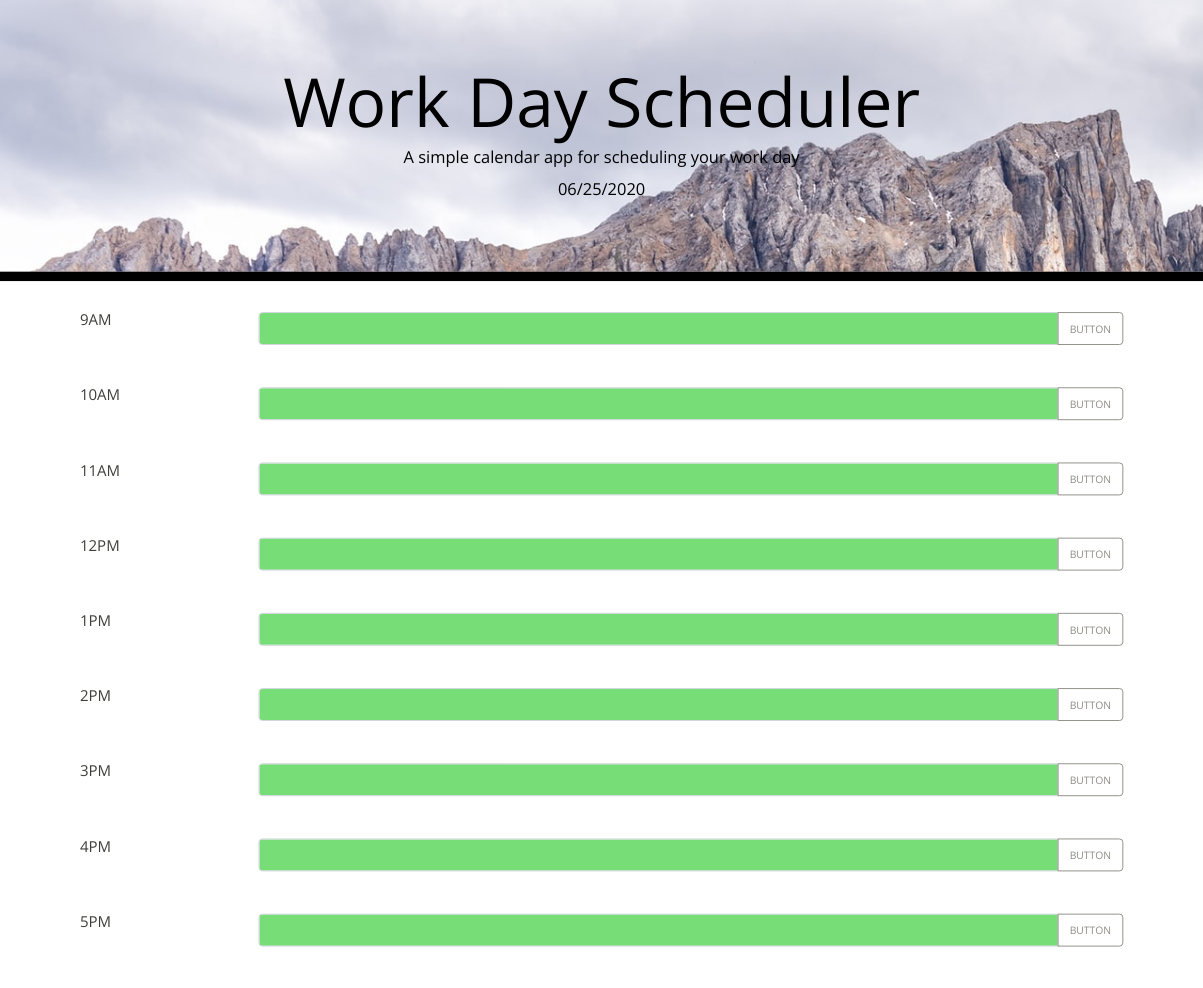
Repository: himaja830/Day-Planner
Page: Develop/index.html
The author's editor kept a copy of each file at every save. The page is drawn from the files as they stood at one save, then again after the next save.
The browser window is 1280 px wide. The pictures show the whole page, at 94% of full size.
Some web libraries are served in a nearby version.

Above is the page before, as saved 2020-06-25 16:44:07.

After the next save:
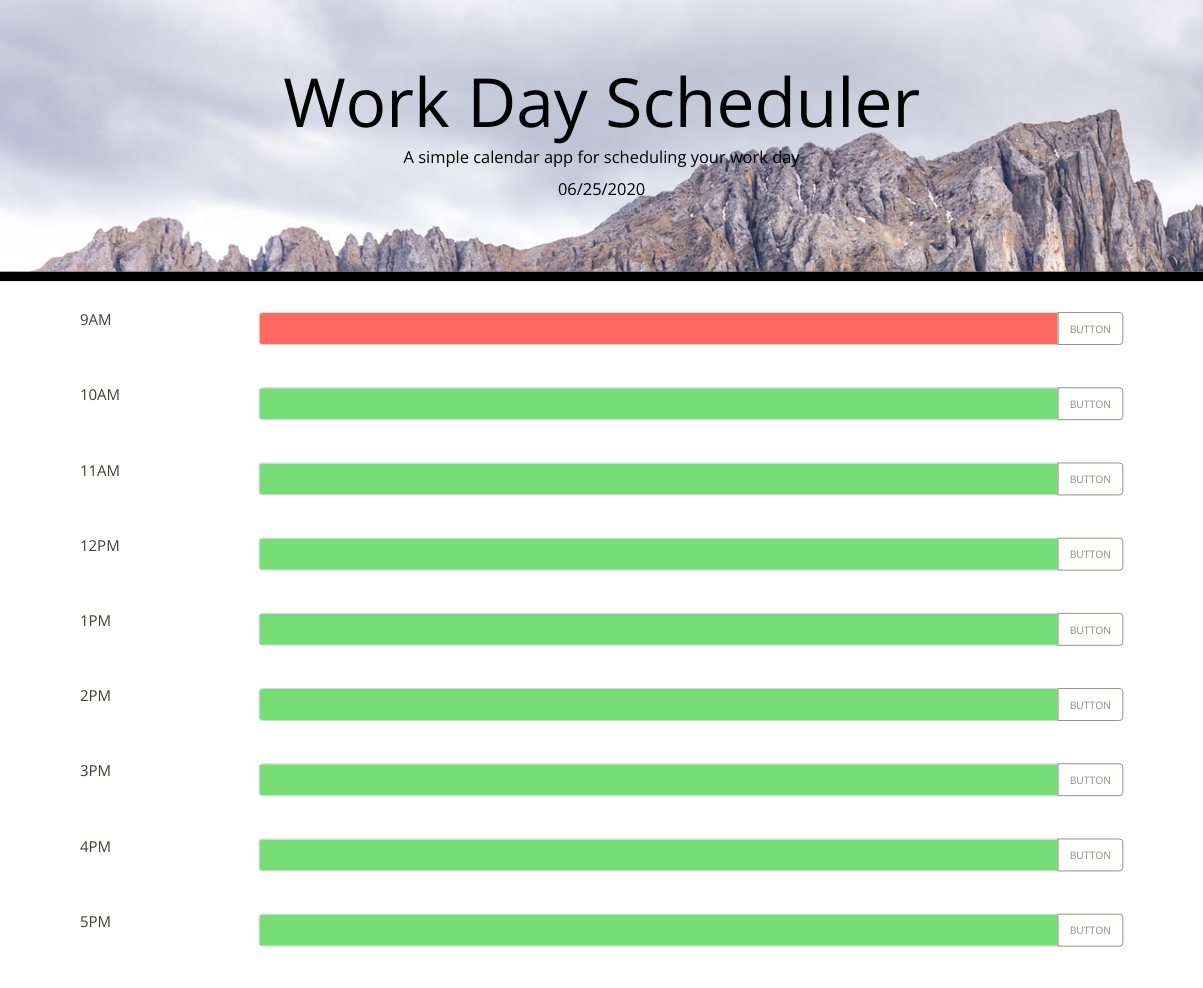
Saved 2 min 26 s later.
--- a/Develop/script.js
+++ b/Develop/script.js
@@ -9,11 +9,12 @@
 //get input fields to alter their color relative to time.bg-gray.
 var hour = moment().format("HH");
  $(".event").each(function(){
-
-     if (hour == this.id) {
+    var eventHour = Number.parseInt(this.id);
+    var currentHour = Number.parseInt(hour);
+     if (eventHour === currentHour) {
          $(this).addClass('present');
          console.log(hour, this.id, 'present');
-     } else if (this.id < hour) {
+     } else if (eventHour < currentHour) {
         $(this).addClass('past');
         console.log(hour, this.id, 'past');
      } else {

After the 3 saves that followed:
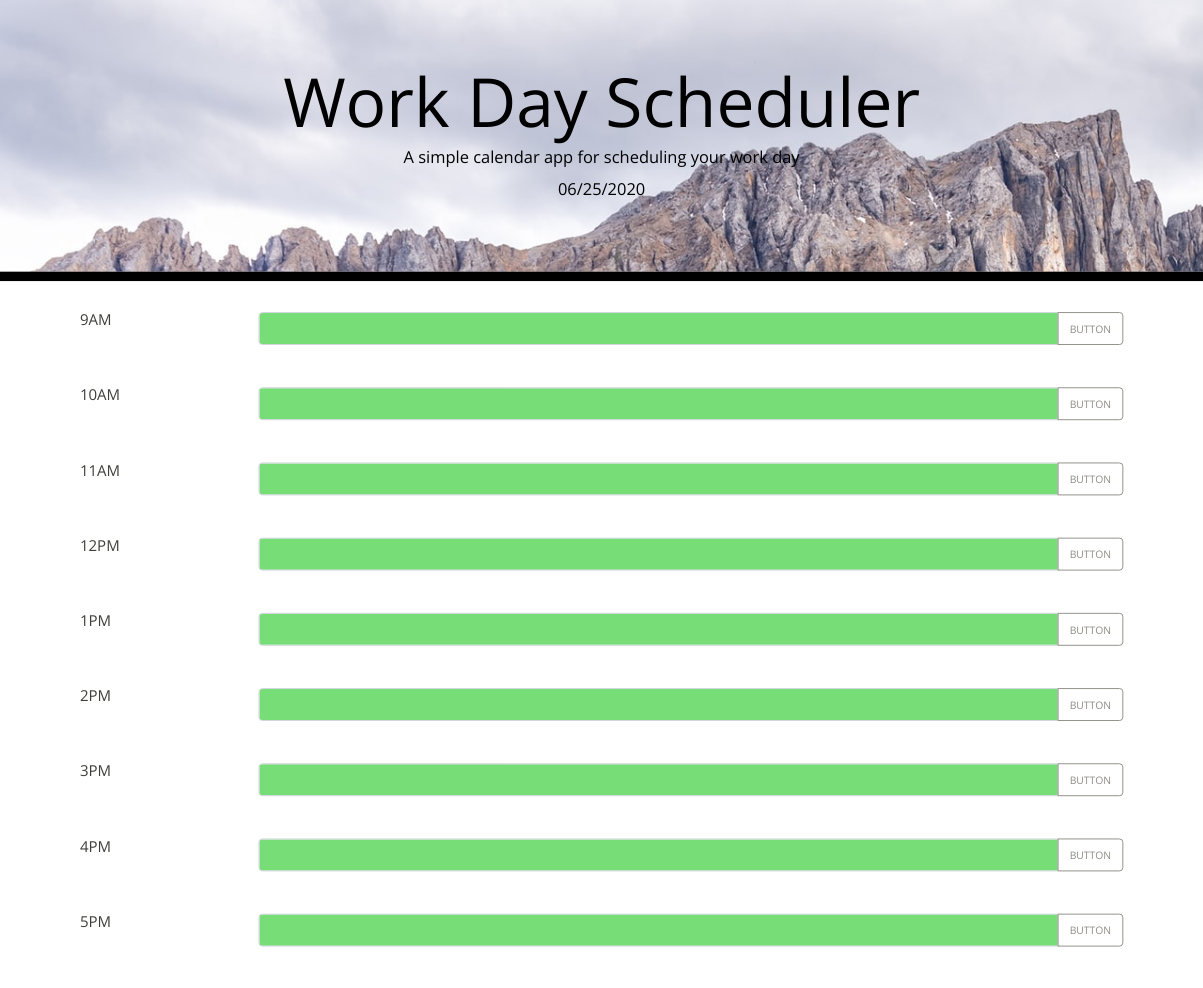
The 3 saves are shown as one change because 2 left the picture as it was.
The last was saved 65 s later.
--- a/Develop/script.js
+++ b/Develop/script.js
@@ -1,28 +1,24 @@
 $(document).ready(() => {
-    localStorage.setItem("userData",[]);
+    localStorage.setItem("userData", []);
 
-//Date format have been set and displayed at the top of page.
+    //Date format have been set and displayed at the top of page.
     var now = moment().format("MM/DD/YYYY");
     var date = $("#currentDay");
     date.text(now);
 
-//get input fields to alter their color relative to time.bg-gray.
-var hour = moment().format("HH");
- $(".event").each(function(){
+    //get input fields to alter their color relative to time.bg-gray.
+    var hour = moment().format("HH");
     var eventHour = Number.parseInt(this.id);
-    var currentHour = Number.parseInt(hour);
-     if (eventHour === currentHour) {
-         $(this).addClass('present');
-         console.log(hour, this.id, 'present');
-     } else if (eventHour < currentHour) {
-        $(this).addClass('past');
-        console.log(hour, this.id, 'past');
-     } else {
-        $(this).addClass('future');
-        console.log(hour, this.id, 'future');
-     }
-
- });
+    $(".event").each(function () {
+        var currentHour = Number.parseInt(hour);
+        if (eventHour === currentHour) {
+            $(this).addClass('present');
+        } else if (eventHour < currentHour) {
+            $(this).addClass('past');
+        } else {
+            $(this).addClass('future');
+        }
+    });
 
 
 
@@ -31,7 +27,7 @@
         var inputText = event.target;
         var input = $(this).attr("data-time");
         var inputText = $(`#${input}`).val();
-        localStorage.setItem("inputText",$(`#${input}`).val());
+        localStorage.setItem("inputText", $(`#${input}`).val());
     })
 
 
